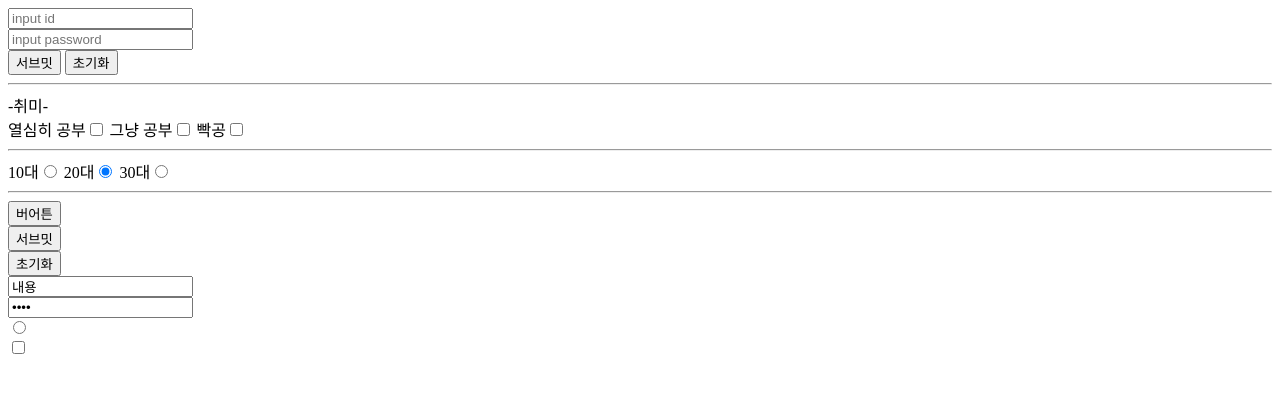
Repository: jwlee0714/HTML
Page: html/day02.html
An editor plug-in stored every save of this project. The page is shown before and after the next save, followed by the edit.
The browser window is 1280 px wide. The pictures show the whole page.

Above is the page before, as saved 2021-10-05 07:03:14.

After the next save:
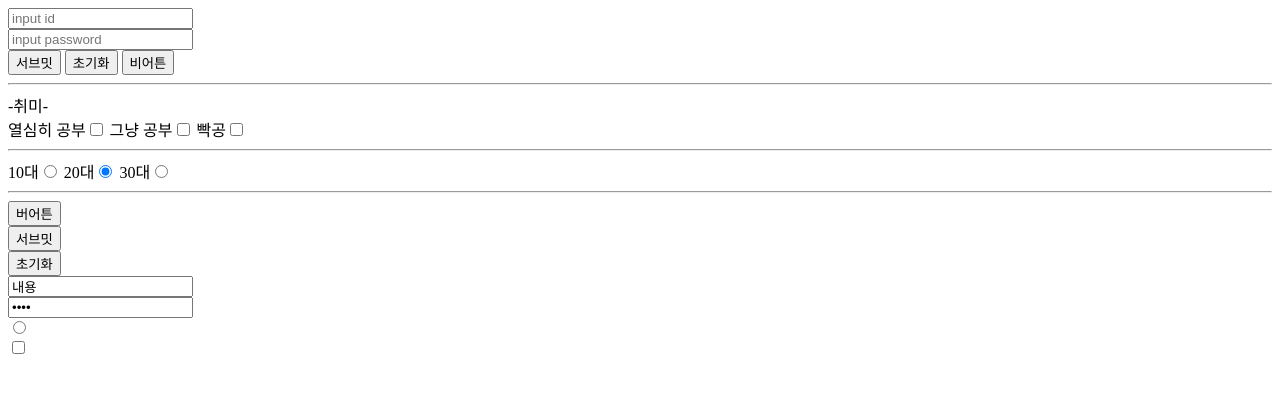
Saved 73 s later.
--- a/html/day02.html
+++ b/html/day02.html
@@ -11,7 +11,9 @@
 		<input type="password" placeholder="input password"><br>
 		<input type="submit" value="서브밋">
 		<input type="reset" value="초기화">
+		<input type="button" value="비어튼">
 	</form>
+
 <hr>
 
 -취미-<br>
